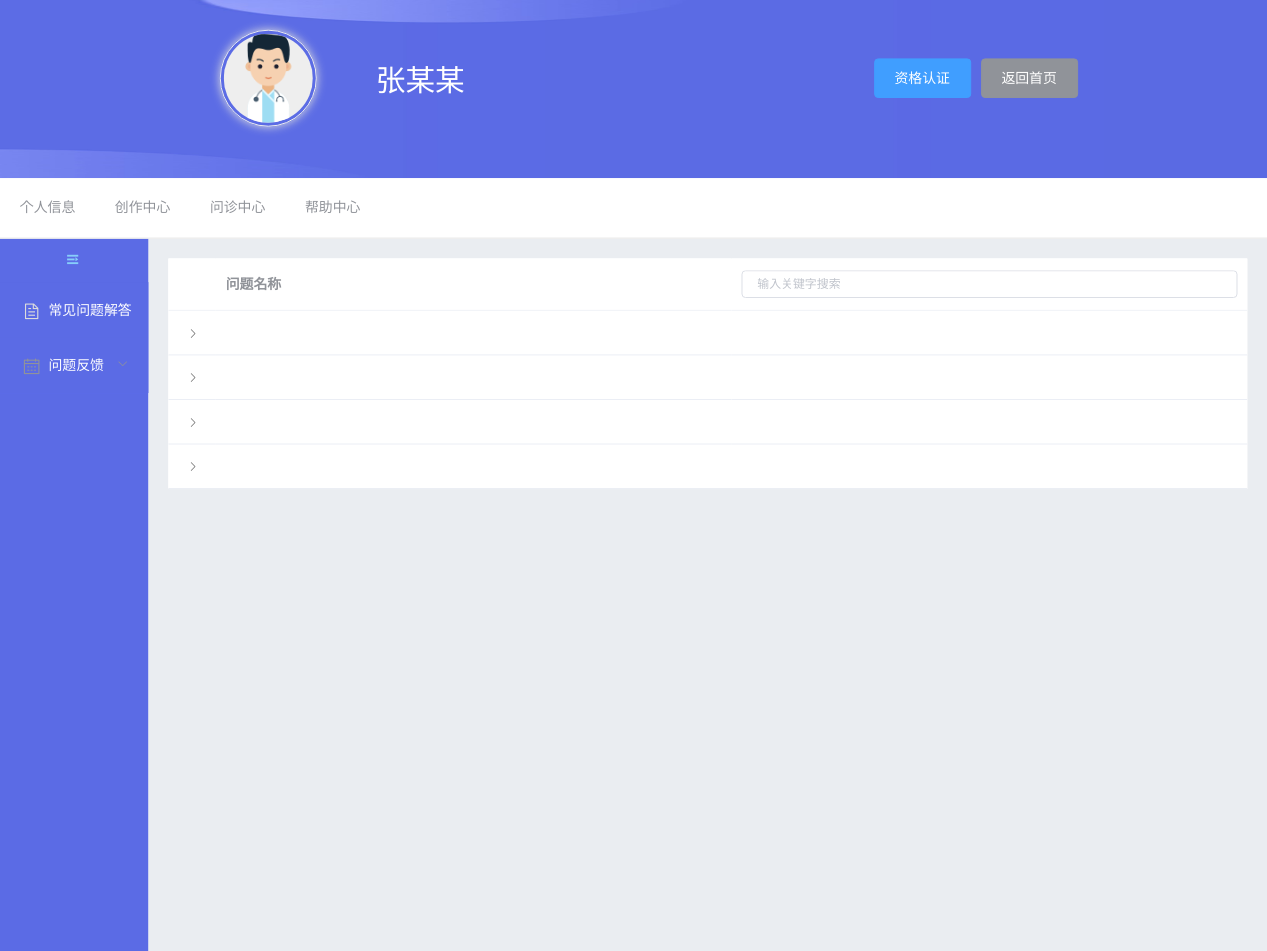
Repository: DiscreteL/SOA_Front
Page: /#/problems
These files come from the project's save history. The page is drawn as it stood at one moment and after the next save; the edit follows.
The browser window is 1280 px wide. The pictures show the whole page, at 99% of full size.
The project was rebuilt for these pictures with package versions that can differ from the ones it lists, and the page was loaded fresh each time. Also part of the build but not shown: vue.config.js, src/components/navigation.vue, src/components/dialog.vue, src/views/news.vue, src/components/announcement.vue, src/components/patientKnow.vue, src/views/Home.vue, src/views/login.vue and 15 more.

Above is the page before, as saved 2021-11-29 18:48:52.

### src/main.js
import Vue from 'vue'
import App from './App.vue'
import router from './router'
import store from './store'
import ElementUI from 'element-ui';
import 'element-ui/lib/theme-chalk/index.css';
import instance_ from "@/utils/api";

Vue.use(ElementUI);

Vue.config.productionTip = false

Vue.prototype.instance = instance_

new Vue({
  router,
  store,
  render: h => h(App)
}).$mount('#app')

router.beforeEach((to, from, next) => {
  /* 路由发生变化修改页面title */
  if (to.meta.title) {
      document.title = to.meta.title
  }
  next()
})

### src/App.vue
<template>
  <div id="app">
    <router-view/>
  </div>
</template>

<style lang="less" scoped>
</style>

<script>
export default {
  name: 'app'
}
</script>

### src/utils/api.js
//输出通用axios实例
import axios from 'axios';
axios.defaults.withCredentials = false

const instance = axios.create({
  timeout: 10000,
   headers: {
    'Content-Type': "multipart/form-data;charset=utf-8",
  }
});

export default {
  //GqvbYer04485869e6b5acbed4ed10dfd79468f6d84577b1

   diseaseList (data) {
     return instance.get("https://api.apishop.net/common/disease/queryDiseaseList?apiKey=GqvbYer04485869e6b5acbed4ed10dfd79468f6d84577b1&page=1&pageSize=50", data);
   },
   diseaseInfo(data){
    return instance.get("https://api.apishop.net/common/disease/queryDiseaseInfo?apiKey=GqvbYer04485869e6b5acbed4ed10dfd79468f6d84577b1&diseaseID="+data);
   }


//   allUser () {
//     return instance.post('/api/user');
//   },
//   allProduct () {
//    return instance.post('/api/product')
//   },
//   upload (data) {
//     return instance.post('/api/upload',data)
//   },
//   regist (data){
//   	return instance.post('/api/createOrUpdateUser',data)
//   }
};

### src/views/doctor/helpCenter.vue
<template>
  <div class="home_container">
    <UserHomeNav2></UserHomeNav2>
    <!--页面主体区-->
    <el-container>
      <!--侧边栏-->
      <el-aside :width="isCollapse ? '64px' : '150px'">
        <div class="toggle-button" @click="toggleCollapse">
          <div v-if="this.isCollapse == true">
            <i class="el-icon-s-fold"></i>
          </div>
          <div v-else>
            <i class="el-icon-s-unfold"></i>
          </div>
        </div>
        <el-menu
          background-color="#5b6be5"
          text-color="#fff"
          active-text-color="#409EFF"
          :collapse="isCollapse"
          :collapse-transition="false"
          :router="true"
          :default-active="activePath"
        >
          <el-menu-item index="/problems" @click="saveNavState('/problems')">
            <i class="el-icon-document" style="color: #dcdcdc"></i>
            <span slot="title">常见问题解答</span>
          </el-menu-item>
          <el-submenu index="1">
            <template slot="title">
              <i class="el-icon-date"></i>
              <span>问题反馈</span>
            </template>
            <el-menu-item
              index="/feedback"
              @click="saveNavState('/feedback')"
            >
              <i tyle="color: #dcdcdc"></i>
              <span slot="title">我要反馈</span>
            </el-menu-item>
            <el-menu-item index="/feedbackList" @click="saveNavState('/feedbackList')">
              <i style="color: #dcdcdc"></i>
              <span slot="title">反馈记录</span>
            </el-menu-item>
          </el-submenu>
        </el-menu>
      </el-aside>
      <!--右侧主体区-->
      <el-main>
        <router-view></router-view>
      </el-main>
    </el-container>
  </div>
</template>

<script>
import UserHomeNav2 from "@/components/userhomenav2.vue";

export default {
  name: "ConsultCenter",
  components: {
    UserHomeNav2,
  },
  data() {
    return {
      // 默认不折叠
      isCollapse: false,
      // 被激活导航地址
      activePath: "",
    };
  },
  created() {
    this.getMenuList();
    this.activePath = window.sessionStorage.getItem("activePath");
  },
  methods: {
    toggleCollapse() {
      this.isCollapse = !this.isCollapse;
    },
    saveNavState(activePath) {
      window.sessionStorage.setItem("activePath", activePath);
      this.activePath = activePath;
    },
  },
};
</script>

<style lang="less" scoped>
html,
body {
  width: 100%;
  height: 100%;
  margin: 0px;
  padding: 0px;
}
.home_container {
  height: 100vh;
}
.el-container {
  height: 100%;
}
.el-aside {
  background-color: #5b6be5;
  .el-menu {
    border-right: none;
  }
}
.el-main {
  background-color: #eaedf1;
}
.toggle-button {
  background-color: #5b6be5;
  font-size: 15px;
  line-height: 24px;
  color: #87cefa;
  text-align: center;
  letter-spacing: 0.2em;
  cursor: pointer;
  padding: 10px;
}
.logo_box {
  height: 60px;
  width: 60px;
  border: 5px #53868b;
  border-radius: 50%; /* 圆角 */
  position: relative;
  margin: 30px;
}
.port_box img {
  width: 100%;
  height: 100%;
  border-radius: 50%; /* 圆角 */
  background-color: #53868b;
}
</style>

### src/views/doctor/help/problems.vue
<template>
  <el-table
    :data="tableData.filter(data => !search || data.title.toLowerCase().includes(search.toLowerCase()))"
    style="width: 100%">
    <el-table-column type="expand">
      <template slot-scope="props">
        <el-form label-position="left" inline class="demo-table-expand">
          <el-form-item label="解答">
            <span>{{ props.row.answer }}</span>
          </el-form-item>
        </el-form>
      </template>
    </el-table-column>
    <el-table-column label="问题名称" prop="problem"> </el-table-column>
    <el-table-column align="right">
      <template slot="header" slot-scope="scope">
        <el-input v-model="search" @click="handleEdit(scope.$index, scope.row)" size="mini" placeholder="输入关键字搜索" />
      </template>
    </el-table-column>
  </el-table>
</template>

<style>
.demo-table-expand {
  font-size: 0;
}
.demo-table-expand label {
  width: 90px;
  color: #99a9bf;
}
.demo-table-expand .el-form-item {
  margin-left: 2%;
  margin-right: 0;
  margin-bottom: 0;
  width: 50%;
}
</style>

<script>
export default {
  data() {
    return {
      tableData: [
        {
          time: "2021-5-23",
          name: "GGG",
          disrecord: "上呼吸道感染",
          prescr: "正柴胡颗粒",
        },
        {
          time: "2020-12-5",
          name: "HHH",
          disrecord: "急性鼻窦炎",
          prescr: "处方1",
        },
        {
          time: "2019-3-22",
          name: "KKK",
          disrecord: "失眠，心律不齐",
          prescr: "稳心颗粒",
        },
        {
          time: "2019-1-6",
          name: "JJJ",
          disrecord: "过敏",
          prescr: "息斯敏（氯雷他定片）",
        },
      ],
      search: "",
    }
  },
  methods: {
    handleEdit(index, row) {
      console.log(index, row);
    },
    handleDelete(index, row) {
      console.log(index, row);
    },
    handleChange() {
    this.$forceUpdate();
},
  },
};
</script>

### src/service/userService.js
import url from '../axios/url';
import request from '../axios/request';

export function getDocDataFun(params) {
    return request.get(url.patient.getDocListData, params);
  }

export function getDocOptionFun(params) {
    return request.get(url.patient.getDocOptionData, params);
  }

export function getDrugFun(params){
  return request.get(url.patient.getDrugData,params);
}

export function getHosFun(params){
  return request.get(url.patient.getHosData,params);
}

export function getNoticeFun(params){
  return request.get(url.patient.getNoticeData,params);
}

export function getDiseaseFun(params){
  return request.get(url.patient.getDiseaseData,params);
}

export function postReservationFun(params){
  return request.post(url.patient.postReservationData,params);
}

export function loginPFun(params){
  return request.get(url.patient.patientLogin,params);
}

export function loginDFun(params){
  return request.get(url.patient.doctorLogin,params);
}

export function registerPFun(params){
  return request.post(url.patient.patientRegister,params);
}

export function registerDFun(params){
  return request.post(url.patient.doctorRegister,params);
}

export function sendAcidFormFun(params){
  return request.post(url.patient.sendAcidForm, params)
}

export function sendOfflineReFun(params){
  return request.post(url.patient.sendOffineReservation, params)
}

export function sendChatMesFun(params){
  return request.post(url.alluser.sendChatMes, params)
}

export function getChatMesFun(params){
  return request.get(url.alluser.getChatMes, params)
}

export function getCartFun(params){
  return request.get(url.patient.getCart, params)
}

export function clearCartFun(params){
  return request.post(url.patient.clearCart, params)
}

export function addCartFun(params){
  return request.post(url.patient.addCart, params)
}

export function getPatientInfoDataFun(params){
  return request.get(url.doctor.getPatientInfoData,params);
}
export function postPreDataFun(params){
  return request.post(url.doctor.postPreData,params);
}

export function postMedicineIncludedDataFun(params){
  return request.post(url.doctor.postMedicineIncludedData,params);
}

export function postReportDataFun(params){
  return request.post(url.doctor.postReportData,params);
}

export function getDocInfoData(params){
  return request.get(url.patient.getDocInfoData,params);
}

export function getDrugsIncludedListDataFun(params){
  return request.get(url.patient.getDrugsIncludedListData,params);
}

export function postRateDataFun(params){
  return request.post(url.patient.postRateData,params);
}

export function getPreDataFun(params){
  return request.get(url.patient.getPreData,params);
}

export function getDiseaseListDataFun(params){
  return request.get(url.patient.getDiseaseListData,params);
}

export function getDepartmentListDataFun(params){
  return request.get(url.patient.getDepartmentListData,params);
}

export function getPatientInfoFun(params){
  return request.get(url.patient.getPatientInfo,params);
}

export function postAutoAddDataFun(params){
  return request.post(url.patient.postAutoAddData,params);
}

export function getDrugListDataFun(params){
  return request.get(url.patient.getDrugListData,params);
}

export function getNATFun(params){
  return request.get(url.patient.getNAT,params);
}
export function getReportListDataFun(params){
  return request.get(url.admin.getReportListData,params);
}
export function getNoticeListDataFun(params){
  return request.get(url.admin.getNoticeListData,params);
}
export function postNoticeDataFun(params){
  return request.post(url.admin.postNoticeData,params);
}

export function getDocFun(params){
  return request.get(url.patient.getDoctorData,params)
}

export function getRecordsFun(params){
  return request.get(url.patient.getRecordsData,params)
}

export function getCompletedRecordsFun(params){
  return request.get(url.patient.getCompletedRecordsData,params)
}

export function updateReservationFun(params){
  return request.post(url.patient.updateReservationData,params)
}

export function postNoticeFun(params){
  return request.post(url.patient.postNoticeData,params)
}

export function deleteNoticeFun(params){
  return request.post(url.patient.deleteNotice,params)
}

export function getPatiBMIFun(params){
  return request.get(url.patient.getPatiBMI,params)
}

export function getPaiInoFun(params){
  return request.get(url.patient.getPaiIno,params)
}

export function getOfflineAppFun(params){
  return request.get(url.patient.getOfflineApp,params)
}

export function getReservationsFun(params){
  return request.get(url.patient.getReservations,params)
}

export function postPaiInoFun(params){
  return request.post(url.patient.postPaiIno,params)
}

export function RectifyOfflineAppFun(params){
  return request.post(url.patient.postRectifyOfflineApp,params)
}

export function RectifyNucleicAppFun(params){
  return request.post(url.patient.postRectifyNucleicApp,params)
}

export function getDocInoFun(params){
  return request.get(url.doctor.getDocIno,params)
}

export function getHospitalFun(params){
  return request.get(url.patient.getHospital,params)
}

### src/components/userhomenav2.vue
<template>
  <div class="container">
    <div class="head">
      <div class="background">
        <img src="@/assets/back.jpg" alt="" width="100%" height="100%" />
      </div>
      <div class="headmain">
        <div class="left">
          <!-- 头像部分 -->
          <div class="port_box">
            <img src="../assets/docPort.png" />
          </div>

          <!-- 个人信息部分 -->
          <div
            class="Info"
            style="color: white; font-size: 30px; font-family: 宋体"
          >
            {{ userName }}<br />
          </div>
        </div>
        <div>
            <el-button type="primary" @click="certify">资格认证</el-button>
          <el-button type="info" @click="returnhome">返回首页</el-button>
        </div>
      </div>
    </div>
    <div class="navBar">
      <el-menu
        :default-active="this.$route.path"
        class="el-menu-demo"
        router
        mode="horizontal"
        active-text-color="#409EFF"
      >
        <el-menu-item v-for="(item, i) in navList" :key="i" :index="item.name">
          {{ item.navItem }}
        </el-menu-item>
      </el-menu>
    </div>
    <div></div>
  </div>
</template>

<script>
export default {
  name: "UserHomeNav2",
  data() {
    return {
      //   userID: window.sessionStorage.getItem("id"),
      userName: "张某某",
      navList: [
        { name: "/userHome2", navItem: "个人信息" },
        { name: "/messageCenter", navItem: "创作中心" },
        { name: "/consultCenter", navItem: "问诊中心" },
        { name: "/helpCenter", navItem: "帮助中心" },
      ],
    };
  },
  methods: {
    returnhome(){
      this.$router.push("/home");
    },
    certify(){

    }
  },
};
</script>

<style scoped>
.head {
  height: 180px;
  width: 100%;
}
.background {
  width: 100%;
  height: 180px;
  z-index: -1;
  position: absolute;
}
.headmain {
  display: flex;
  justify-content: space-around;
  align-items: center;

}
.left {
  display: flex;
  align-items: center;
}
.port_box {
  height: 90px;
  width: 90px;
  border: 1px solid #eee;
  border-radius: 50%; /* 圆角 */
  padding: 3px; /*图片和边框之间的间距 */
  box-shadow: 0 0 10px #ddd; /*阴影 */
  position: relative;
  margin: 30px;
}
.port_box img {
  width: 100%;
  height: 100%;
  border-radius: 50%; /* 圆角 */
  background-color: #eee;
}

.Info {
  text-align: left;
  font: 15px "Microsoft YaHei";
  margin: 30px;
  position: relative;
}
</style>

### src/axios/url.js
import patient from './modules/patient';
import alluser from './modules/alluser';
import doctor from './modules/doctor';
import admin from './modules/admin';
export default {
    patient,
    alluser,
    doctor,
    admin,
};

### src/axios/request.js
import axios from './axios';
export default {
  // get请求
  get(url, param) {
    return new Promise((resolve, reject) => {
      axios({
        method: 'get',
        url,
        params: param
      })
        .then((res = {}) => {
          if (res.code !== '200') reject(res);
          resolve(res);
        })
        .catch(_ => {
          reject(_)});
    });
  },
  // post请求
  post(url, param) {
    return new Promise((resolve, reject) => {
      axios({
        method: 'post',
        url,
        data: param,
      })
        .then((res = {}) => {
          if (res.code !== '200') reject(res);
          resolve(res);
        })
        .catch(_ => reject(_));
    });
  },
};

### src/axios/modules/patient.js
export default {
    getDocListData:'/Patient/GetDoctorList',
    getDrugData:'/Patient/GetDrugInforList',
    getHosData:'/Patient/GetHospitalList',
    getNoticeData:'/Patient/GetNoticeList',
    getDiseaseData:'/Patient/GetDiseaseList',
    patientLogin:'/Patient/Login',
    doctorLogin:'/Doctor/Login',
    patientRegister:'/Patient/Register',
    doctorRegister:'/Doctor/Register',
    postReservationData:'/Patient/PostReservation',
    sendAcidForm:'/Patient/PostAppOfNuc',
    sendOffineReservation:'/Patient/PostOfflineApp',
    getCart:'/Patient/GetCart',
    clearCart:'/Patient/EmptyCart',
    addCart:'/Patient/AddDrug',
    getDocInfoData:'/Patient/GetDoctor',
    getDrugsIncludedListData:'/Patient/GetIncludeList',
    postRateData:'/Patient/PostRating',
    getPreData:'/Patient/GetPre',
    getDiseaseListData:'/Patient/GetDiseaseList',//存在重复
    getDepartmentListData:'/Patient/GetDepartmentList',//存在重复
    getPatientInfo:'/Patient/GetPatiInfor',
    postAutoAddData:'/Patient/AutoAddDrug',
    getDrugListData:'/Patient/GetDrugInforList',//存在重复
    getLocalImg:'/Patient/GetImg',
    getNAT:'/Patient/GetAppsOfNuc',
    postNoticeData:'/Admin/PostNotice',
    deleteNotice:'/Admin/DeleteNotice',
    getPaiIno:'/Patient/GetPatient',
    getOfflineApp:'/Patient/GetOfflineAppList',
    getReservations:'/Patient/GetReservations',
    getPatiBMI:'/Patient/GetPatiInfor',
    getHospital:'/Patient/GetHospital',
    getPreData:'/Patient/GetPre',
    postPaiIno:'/Patient/ModInfor',
    postUpdateReservation:'Patient/UpdateReservation',
    postRectifyOfflineApp:'/Patient/RectifyOfflineApp',
    postRectifyNucleicApp:'/Patient/RectifyNucleicApp',
    updateReservationData:'/Patient/UpdateReservation',
    getDoctorData:'/Doctor/GetDoctor',
    getRecordsData:'/Doctor/GetReservationLists',
    getCompletedRecordsData:'/Doctor/GetRecords'
  };

### src/axios/modules/alluser.js
export default{
    sendChatMes:'/Base/PostChat',
    getChatMes:'/Base/GetChat'
};

### src/axios/modules/doctor.js
export default {
    getPatientInfoData:'/Doctor/GetPatient',
    postPreData:'/Doctor/PostPre',
    postMedicineIncludedData:'/Doctor/PostInclude',
    postReportData:'/Doctor/PostReport',
    getDocIno:'/Doctor/GetDoctor',
};

### src/axios/modules/admin.js
export default {
    getReportListData:'/Admin/GetReportForms',
    getNoticeListData:'/Admin/GetNoticeList',
    postNoticeData:'/Admin/PostNotice'
}

### src/axios/axios.js
import axios from 'axios';
import router from '../router';
import Vue from 'vue';
import qs from 'qs';
//import store from '../store/index';

//import Storage from '../utils/storages';


// 错误状态码处理提示
class MessageTip extends Vue {
  static messageTipInstance = null;
  messageTip = null;

  static instance() {
    if (!this.messageTipInstance) {
      this.messageTipInstance = new MessageTip();
    }
    this.messageTipInstance;
  }

  // 提示信息
  msgInfo(msg) {
    this.messageTip && this.messageTip.close();
    this.messageTip = this.$message({
      showClose: true,
      message: msg,
      type: 'error',
      center: true
    });
  }

  // 错误信息
  errorInfo(errorCode) {
    this.messageTip && this.messageTip.close();
    let msg = '';
    switch (errorCode) {
      case '400':
        msg = '请求错误';
        break;
      case '401':
        msg = '登录会话过期，请重新登录';
        break;
      case '403':
        msg = '拒绝访问';
        break;
      case '404':
        msg = '请求地址出错';
        break;
      case '408':
        msg = '请求超时';
        break;
      case '500':
        msg = '服务器内部错误';
        break;
      case '501':
        msg = '服务器未实现';
        break;
      case '502':
        msg = '网络错误';
        break;
      case '503':
        msg = '服务不可用';
        break;
      case '504':
        msg = '网关超时';
        break;
      case '505':
        msg = 'HTTP版本不受支持';
        break;
    }
    this.messageTip = this.$message({
      showClose: true,
      message: msg,
      type: 'error',
      center: true
    });
  }
}

const messageTip = new MessageTip();

axios.defaults.headers.post['Content-Type'] = 'application/json';

axios.defaults.withCredentials = true;
axios.defaults.baseURL = '/api';
axios.defaults.timeout = 5000;
// 请求拦截器
axios.interceptors.request.use(
  config => {
    if(config.method === 'post') {
      config.data = qs.stringify(config.data)
      config.url += '?' + config.data
    }
    else {
      config.params = qs.stringify(config.params)
      config.url += '?' + config.params
    }
    //config.headers.token = localStorage.getItem('$token_info');
    return config;
  },
  error => {
    return Promise.reject(error);
  }
);

// 响应拦截器
axios.interceptors.response.use(
  response => {
    response.data = {
      result:response.data,
      code:`${response.status}`
    }
    if (response && response.data && response.data.code !== '200') {
      response.data.msg && messageTip.msgInfo(response.data.msg);
      console.log(response)
      return Promise.reject(response.data);
    }
    return response.data;
  },
  error => {
    console.log(error)
    console.log(error.response)
    if (
      error &&
      error.response &&
      error.response.status &&
      messageTip.errorInfo(error.response.status)
    ) {
      return Promise.reject(error);
    }
  }
);
export default axios;

Loaded but not shown: public/index.html (common file); src/store/index.js (common file); src/router/index.js (280 lines, source omitted)

After the next save:
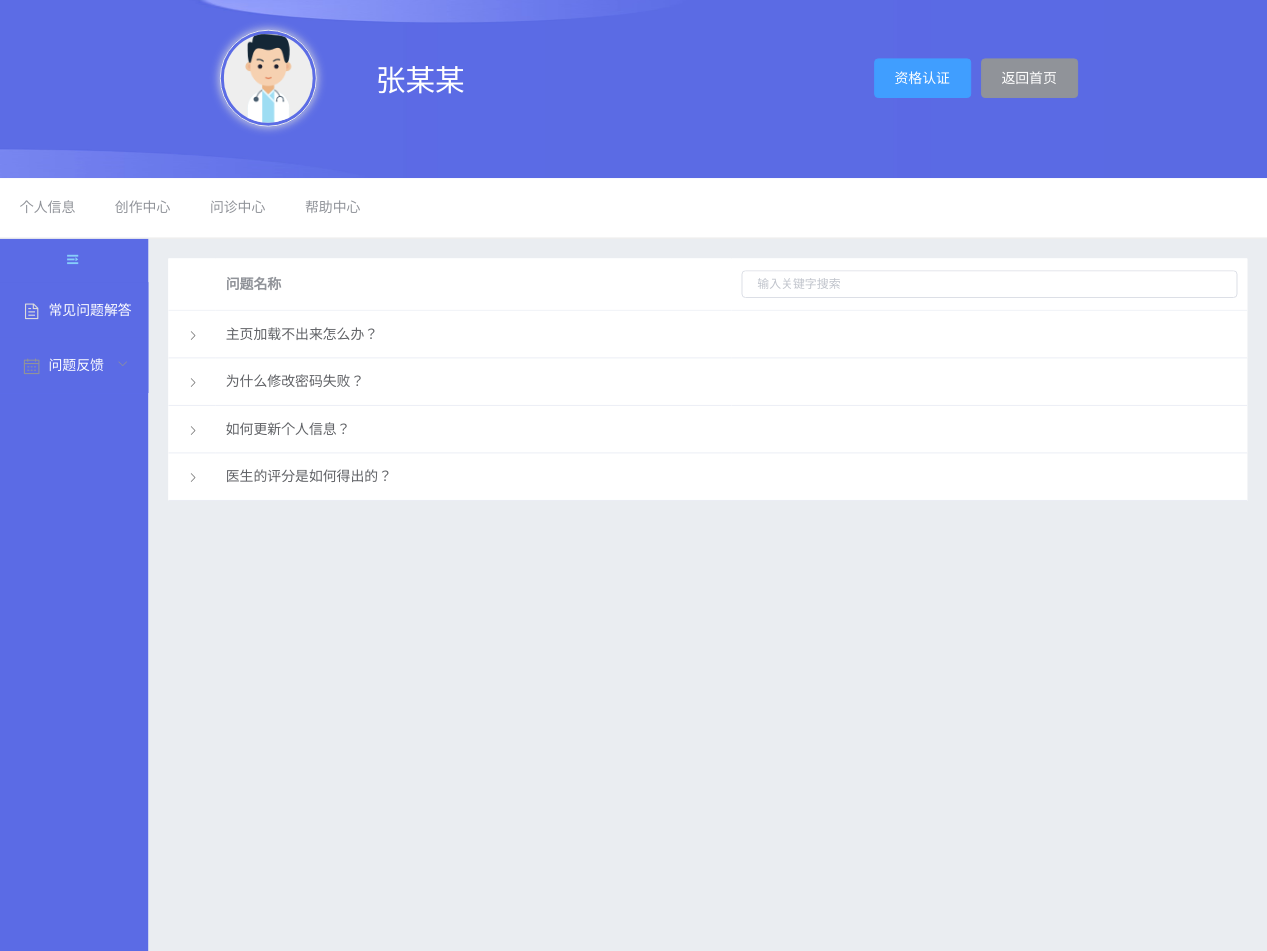
Saved 3 min 38 s later.
--- a/src/views/doctor/help/problems.vue
+++ b/src/views/doctor/help/problems.vue
@@ -42,28 +42,20 @@ export default {
     return {
       tableData: [
         {
-          time: "2021-5-23",
-          name: "GGG",
-          disrecord: "上呼吸道感染",
-          prescr: "正柴胡颗粒",
+          problem:"主页加载不出来怎么办？",
+          answer:"建议多刷新几次页面，或关闭页面重新进入"
         },
         {
-          time: "2020-12-5",
-          name: "HHH",
-          disrecord: "急性鼻窦炎",
-          prescr: "处方1",
+          problem:"为什么修改密码失败？",
+          answer:"请根据操作提示检查密码长度于安全性符合规范"
         },
         {
-          time: "2019-3-22",
-          name: "KKK",
-          disrecord: "失眠，心律不齐",
-          prescr: "稳心颗粒",
+          problem:"如何更新个人信息？",
+          answer:"在个人信息中点击“编辑”按钮"
         },
         {
-          time: "2019-1-6",
-          name: "JJJ",
-          disrecord: "过敏",
-          prescr: "息斯敏（氯雷他定片）",
+          problem:"医生的评分是如何得出的？",
+          answer:"我们通过计算医生历次问诊结束后患者的有效评分平均数得到医生的评分"
         },
       ],
       search: "",
